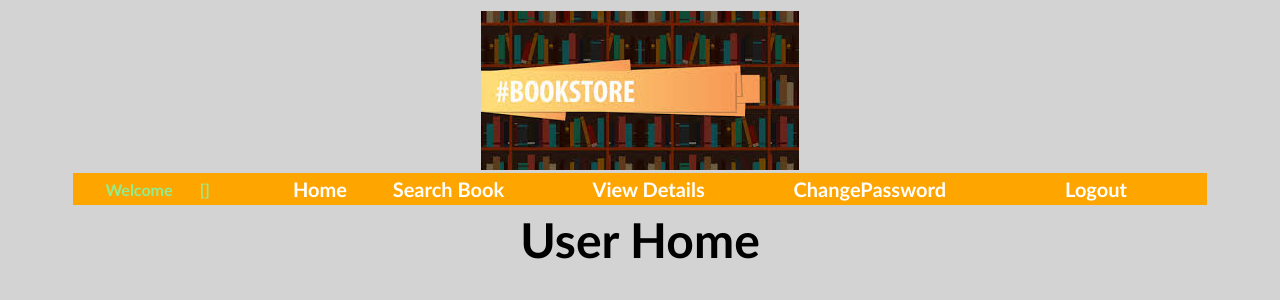
Repository: prateekscode/Preparation
Page: http://localhost/Online_BookStore/userHomeDef.jsp
The author's editor kept a copy of each file at every save. The page is drawn from the files as they stood at one save, then again after the next save.
The browser window is 1280 px wide. The pictures show the whole page.
The page is served by Tomcat 9. Other server files are loaded and not shown.

Above is the page before, as saved 2025-01-12 12:50:19.

### Online BookStore/src/main/webapp/userHomeDef.jsp
<%@ page language="java" contentType="text/html; charset=UTF-8"
    pageEncoding="UTF-8"%>
    <%@taglib prefix="Lib" uri="/WEB-INF/tlds/Libindia.tld"%>
    <%@taglib prefix="core" uri="http://java.sun.com/jsp/jstl/core"%>
<!DOCTYPE html PUBLIC "-//W3C//DTD HTML 4.01 Transitional//EN" "http://www.w3.org/TR/html4/loose.dtd">
<html>
<head>
<meta http-equiv="Content-Type" content="text/html; charset=UTF-8">
<title>Lib Book Shop</title>
<link rel="stylesheet" type="text/css"
href="<%=request.getContextPath()%>/css/indexstyle.css">
</head>
<body bgcolor="lightgray">
<Lib:validateSession/>
<Lib:removeSearchInfoFromSessionTag/>
<table width="90%" align="center" height="97%">
<tr height="5px" valign="top">
<td align="center">
<jsp:include page="/header.jsp"></jsp:include>
</td>
</tr>
<tr valign="top" bgcolor="orange" height="3px">
<td align="center">
<jsp:include page="/userMenu.jsp"></jsp:include>
</td>
<tr valign="middle">
<td align="center">
<jsp:include page="/userHome.jsp"></jsp:include>
</td>
</tr>
</table>
</body>
</html>

### Online BookStore/src/main/webapp/header.jsp
<html>
<body>
<center>
<img alt="Logo Image" src="images/header.jpg">
</center>
</body>
</html>

### Online BookStore/src/main/webapp/userMenu.jsp
<%@ page language="java" contentType="text/html; charset=UTF-8"
	pageEncoding="UTF-8"%>
<%@taglib prefix="Lib" uri="/WEB-INF/tlds/Libindia.tld"%>
<%@taglib prefix="core" uri="http://java.sun.com/jsp/jstl/core"%>
<%@page isELIgnored="false"%>
<!DOCTYPE html PUBLIC "-//W3C//DTD HTML 4.01 Transitional//EN" "http://www.w3.org/TR/html4/loose.dtd">
<html>
<head>
<link rel="stylesheet" type="text/css"
	href="<%=request.getContextPath()%>/css/Libindia.css">
<link rel="stylesheet" type="text/css"
	href="<%=request.getContextPath()%>/css/indexstyle.css">
<meta http-equiv="Content-Type" content="text/html; charset=UTF-8">
<title>User Menu</title>
</head>
<body>
	<center>
		<table class="textStyle" width="95%">
			<tr>
				<td><font color="lightgreen"><b>Welcome &nbsp;<font
							color="red"> ${USER_TO.firstName} &nbsp;
								${USER_TO.middleName} &nbsp; ${USER_TO.lastName} </font>[${USER_TO.role}]
					</b></font></td>
				<td><a href="userHomeDef.jsp">Home</a></td>
				<core:if test="${USER_TO.role eq 'Admin'}">
					<td><a href="addBookDef.jsp">Add Book</a></td>
				</core:if>

				<td><a href="searchBookDef.jsp">Search Book</a></td>
				<core:if test="${USER_TO.role eq 'User'}">
					<td><a href="userorderstatus.lib">My Order Status</a></td>
				</core:if>

				<core:if test="${USER_TO.role eq 'Admin'}">
					<td><a href="allorders.lib">Display Orders</a></td>
				</core:if>

				<td><a href="detailsDef.jsp">View Details</a></td>
				<td><a href="changePasswordDef.jsp">ChangePassword</a></td>

				<td><a href="logout.lib">Logout</a></td>
			</tr>
		</table>
	</center>
</body>
</html>

### Online BookStore/src/main/webapp/userHome.jsp
<%@ page language="java" contentType="text/html; charset=UTF-8"
	pageEncoding="UTF-8"%>
<%@taglib prefix="Lib" uri="/WEB-INF/tlds/Libindia.tld"%>
<%@page isELIgnored="false"%>
<!DOCTYPE html PUBLIC "-//W3C//DTD HTML 4.01 Transitional//EN" "http://www.w3.org/TR/html4/loose.dtd">
<html>
<head>
<link rel="stylesheet" type="text/css"
	href="<%=request.getContextPath()%>/css/Libindia.css">
<meta http-equiv="Content-Type" content="text/html; charset=UTF-8">
<title>User Menu</title>
</head>
<body>
	<center>
		<table class="textStyle">
			<tr>
				<td align="center" colspan="3"><font size="7"><b>User
							Home</b></font></td>
			</tr>
		</table>
	</center>
</body>
</html>

### Online BookStore/src/main/java/com/lib/book/shop/tags/ValidateSessionTag.java
package com.lib.book.shop.tags;

import java.io.Writer;

import javax.servlet.http.HttpServletRequest;
import javax.servlet.http.HttpServletResponse;
import javax.servlet.jsp.JspException;
import javax.servlet.jsp.PageContext;

import org.apache.log4j.Logger;
import javax.servlet.jsp.tagext.TagSupport;

public class ValidateSessionTag extends TagSupport {
	Logger log = Logger.getLogger(this.getClass());

	public int doendTag() throws JspException {
		try {
			HttpServletRequest req = (HttpServletRequest) pageContext.getRequest();
			HttpServletResponse res = (HttpServletResponse) pageContext.getResponse();
			if (req.getSession().getAttribute("USER_TO") == null) {
				req.setAttribute("loginError", "Session timeout. Please login again");
				req.getRequestDispatcher("index.jsp").forward(req, res);
			}
		} catch (Exception e) {
			log.error("Exception in ValidateSessionTag\n", e);
		}
		return EVAL_PAGE;
	}
}

### Online BookStore/src/main/java/com/lib/book/shop/tags/RemoveSearchInfoFromSessionTag.java
package com.lib.book.shop.tags;

import javax.servlet.http.HttpSession;
import javax.servlet.jsp.JspException;
import javax.servlet.jsp.tagext.TagSupport;

import org.apache.log4j.Logger;

public class RemoveSearchInfoFromSessionTag extends TagSupport {
	Logger log = Logger.getLogger(this.getClass());

	public int doendTag() throws JspException {
		try {
			HttpSession sess = pageContext.getSession();
			if (sess != null) {
				sess.removeAttribute("BOOK_LIST");
				sess.removeAttribute("BOOK_NAME");
				sess.removeAttribute("AUTHOR");
				sess.removeAttribute("PUBLICATION");
				sess.removeAttribute("COST");
				sess.removeAttribute("EDITION");
				sess.removeAttribute("START");
				sess.removeAttribute("END");
				sess.removeAttribute("TOTAL");
				sess.removeAttribute("SELECTED_BOOK_LIST");
				sess.removeAttribute("TOTAL_BOOK_AMOUNT");
				sess.removeAttribute("TOTAL_BOOK_QUANTITY");
			}
		} catch (Exception e) {
			log.error("Exception in RemoveSearchInfoFromSessionTag\n", e);
		}
		return EVAL_PAGE;
	}
}

### Online BookStore/src/main/webapp/WEB-INF/css/indexstyle.css
@charset "UTF-8";
a:link {
	color: white;
	font-weight: bold;
	text-decoration: none;
	font-size: 20px;
	text-decoration: none;
}

a:visited {
	color: white;
	font-weight: bold;
	text-decoration: none;
	font-size: 16px;
}

a:hover {
	color: blue;
	text-decoration: underline;
}

### Online BookStore/src/main/webapp/WEB-INF/css/Libindia.css
@charset "UTF-8";

.textStyle {
	font-family: Trebuchet MS, Verdana, Arial, Helvetica, sans-serif;
}

.signoutButton {
	color: white;
	font-weight: bold;
	background-color: transparent;
	text-decoration: underline;
	border: none;
	cursor: pointer;
	font-text: 45px;
}

.tableButton {
	color: blue;
	font-weight: bold;
	background-color: transparent;
	text-decoration: underline;
	border: none;
	cursor: pointer;
	font-text: 45px;
}

After the next save:
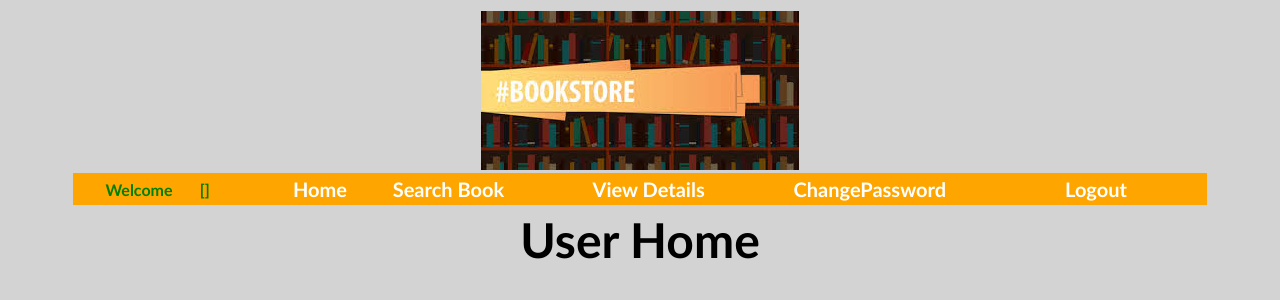
Saved 7 s later.
--- a/Online BookStore/src/main/webapp/userMenu.jsp
+++ b/Online BookStore/src/main/webapp/userMenu.jsp
@@ -17,7 +17,7 @@
 	<center>
 		<table class="textStyle" width="95%">
 			<tr>
-				<td><font color="lightgreen"><b>Welcome &nbsp;<font
+				<td><font color="green"><b>Welcome &nbsp;<font
 							color="red"> ${USER_TO.firstName} &nbsp;
 								${USER_TO.middleName} &nbsp; ${USER_TO.lastName} </font>[${USER_TO.role}]
 					</b></font></td>
